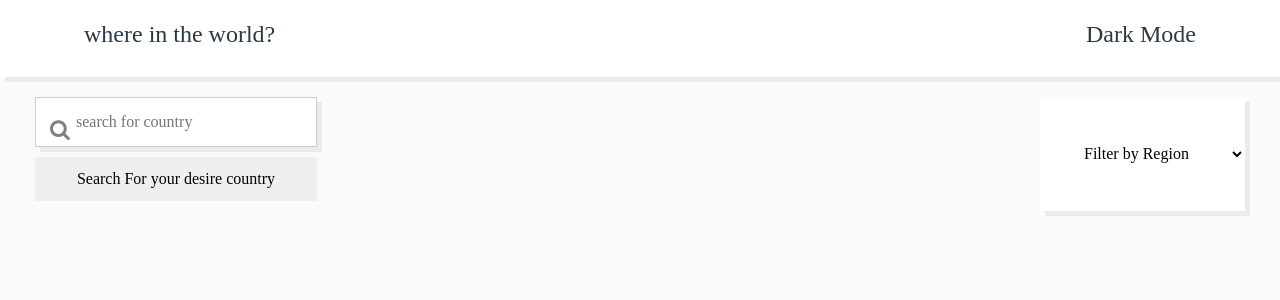
Repository: lamilekan263/countries
Page: /
These files come from the project's save history. The page is drawn as it stood at one moment and after the next save; the edit follows.
The browser window is 1280 px wide. The pictures show the whole page.
The page's requests for data from a server got no answer. The project was rebuilt for these pictures with package versions that can differ from the ones it lists, and the page was loaded fresh each time. No one was signed in, and anything a server would have sent is missing. Also part of the build but not shown: src/components/country/country.css, src/components/country/country.jsx, src/components/selectCountryRegion/selectCountryRegion.component.jsx.

Above is the page before, as saved 2020-07-30 16:36:43.

After the next save:
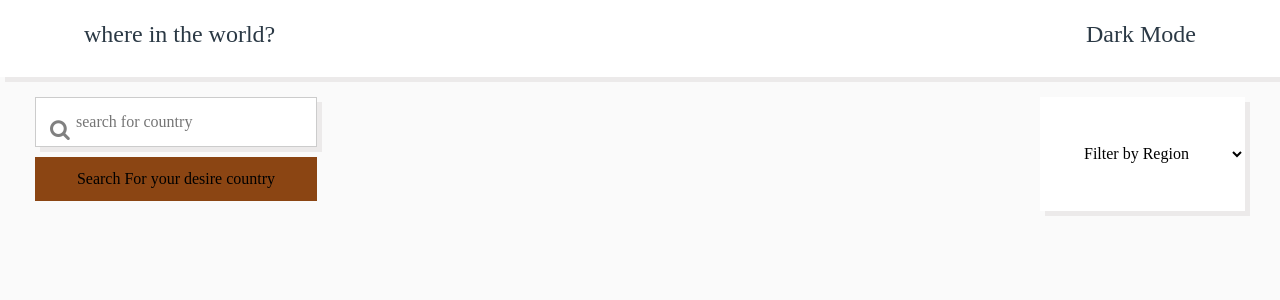
Saved 15 s later.
--- a/src/components/form.component/form.styles.css
+++ b/src/components/form.component/form.styles.css
@@ -11,6 +11,6 @@ button{
     margin:10px 0;
     width:100%;
     border: none;
-    background-color: ;
+    background-color: saddlebrown;
     padding:10px;
 }
